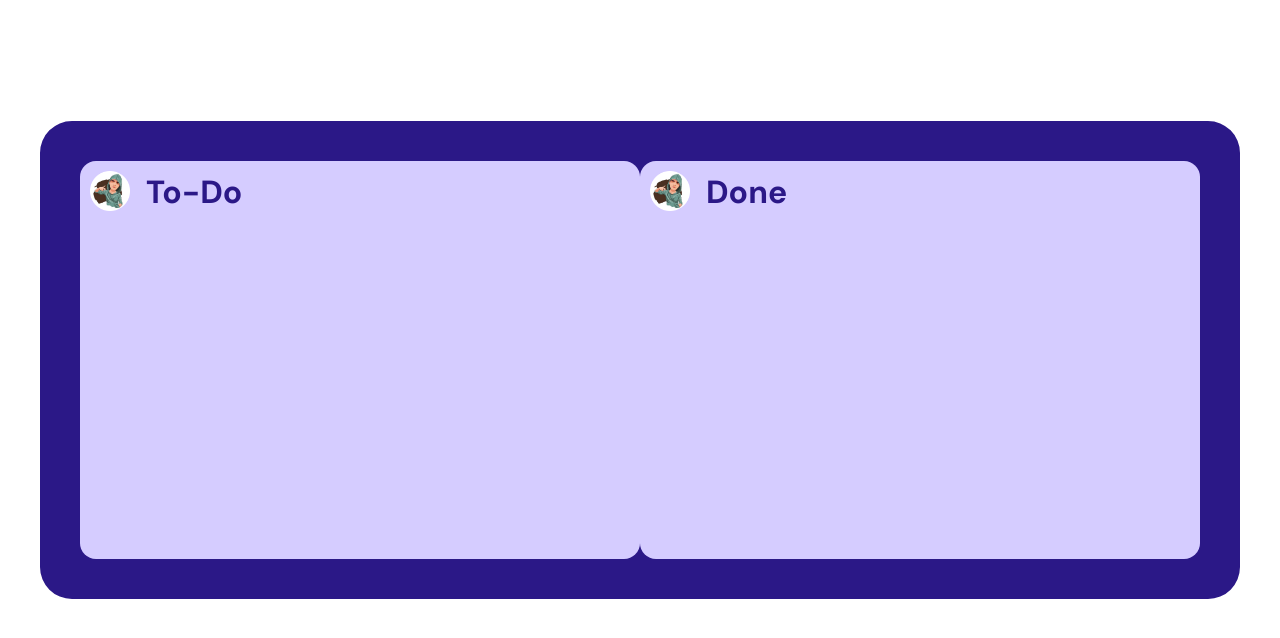
Repository: VitasYo/Kanban
Page: index.html
These files come from the project's save history. The page is drawn as it stood at one moment and after the next save; the edit follows.
The browser window is 1280 px wide. The pictures show the whole page.

Above is the page before, as saved 2024-04-14 23:23:39.

### index.html
<!DOCTYPE html>
<html lang="en">
<head>
  <meta charset="UTF-8">
  <meta name="viewport" content="width=device-width, initial-scale=1.0">
  <link rel="stylesheet" href="./src/assets/css/index.css">
  <title>To-Do-List-Kanban</title>
</head>
<body>
  <main class="kanban">
    <section class="kanban__column kanban__column--to-do">
      <div class="kanban__title_and_icon">
        <img height=40 width=40 src="src/assets/img/Avatar.jpg" alt="Аватар">
        <h2 class="kanban__title">To-Do</h2>
      </div>

    </section>

    <section class="kanban__column kanban__column--done">
      <div class="kanban__title_and_icon">
        <img height=40 width=40 src="src/assets/img/Avatar.jpg" alt="Аватар">
        <h2 class="kanban__title">Done</h2>
      </div>
    </section>
  </main>
  </body>
<script src="./src/assets/js/index.js"></script>
</html>

### src/assets/css/index.css
@import url('https://fonts.googleapis.com/css2?family=DM+Sans:opsz,wght@9..40,100;9..40,200;9..40,300;9..40,400;9..40,500;9..40,600;9..40,700;9..40,800;9..40,900;9..40,1000&display=swap');
@import './component/_kanban.css';
@import './_media.css';



* {
  font-family: 'DM Sans', sans-serif;
}

* {
  box-sizing: border-box;
  margin: 0;
  padding: 0;
}

body {
  font-family: 'Arial', sans-serif;
  background-color: white;
  color: white;
  display: flex;
  flex-direction: column;
  min-height: 100vh;
}


.header__title,
.footer__text {
  margin: 0;
  padding: 10px 0;
}

.container {
  width: 100%;
  padding-right: 15px;
  padding-left: 15px;
  margin-right: auto;
  margin-left: auto;
}

### src/assets/css/component/_kanban.css
.kanban {
    display: flex;
    flex-wrap: wrap;
    justify-content: space-around;
    flex-grow: 1;
    flex: 0 0 100%;
    border-radius: 32px;
    border: 40px solid #2B1887;
    background-color: #2B1887;
    display: grid;
    grid-template-columns: 1fr 1fr;
    margin: auto;
}

.kanban__column {
    height: 398px;
    width: 560px;
    background-color: #D5CCFF;
    border-radius: 16px;
    padding: 10px;
    margin-inline-start: ;
}

.kanban__title {
    color: #2B1887;
    font-size: 32px;
    margin-bottom: 24px;
    padding-left: 16px;
}

.kanban__title_and_icon {
    display: flex;
}

### src/assets/css/_media.css
@media (min-width: 576px) {
    .container {
        max-width: 540px;
    }
}

@media (min-width: 768px) {
    .container {
        max-width: 720px;
    }
}

@media (min-width: 992px) {
    .container {
        max-width: 960px;
    }
}

@media (min-width: 1200px) {
    .container {
        max-width: 1140px;
    }
}

@media (min-width: 1400px) {
    .container {
        max-width: 1320px;
    }
}

@media screen and (min-width: 640px) {
    .kanban__column {
        flex: 0 0 calc(33.333% - 20px);
    }
}

Loaded but not shown: src/assets/js/index.js (no stored copy; drawn as an empty file)

After the next save:
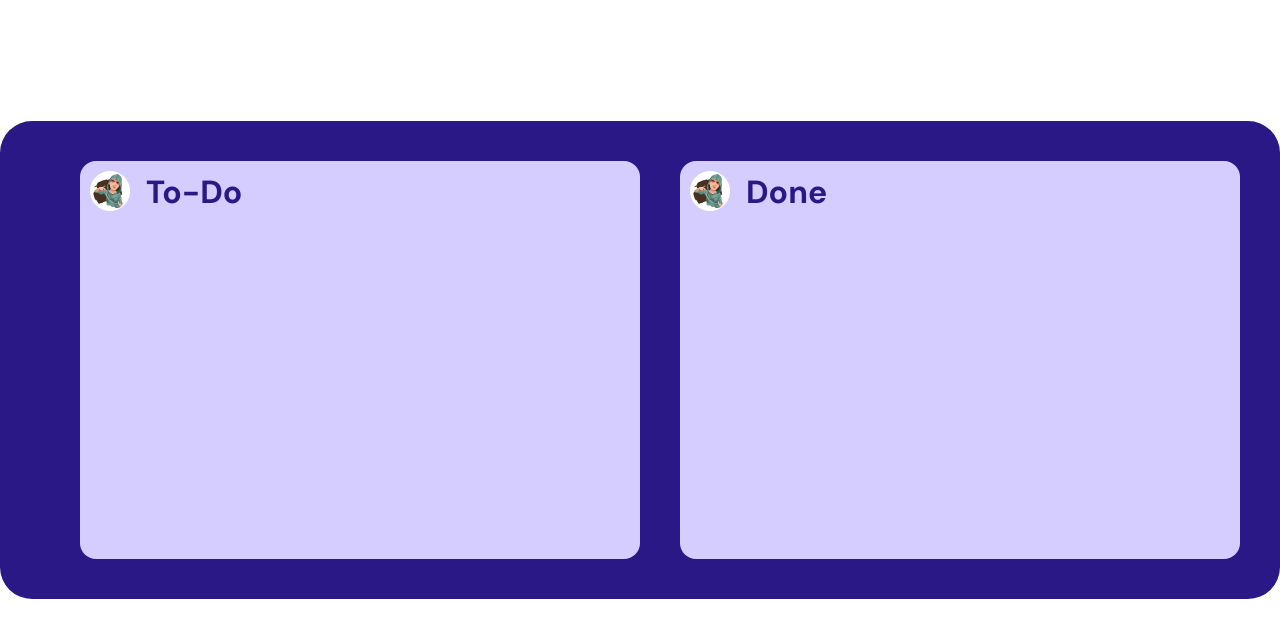
Saved 5 s later.
--- a/src/assets/css/component/_kanban.css
+++ b/src/assets/css/component/_kanban.css
@@ -18,7 +18,7 @@
     background-color: #D5CCFF;
     border-radius: 16px;
     padding: 10px;
-    margin-inline-start: ;
+    margin-inline-start: 40px;
 }
 
 .kanban__title {

After the save that followed:
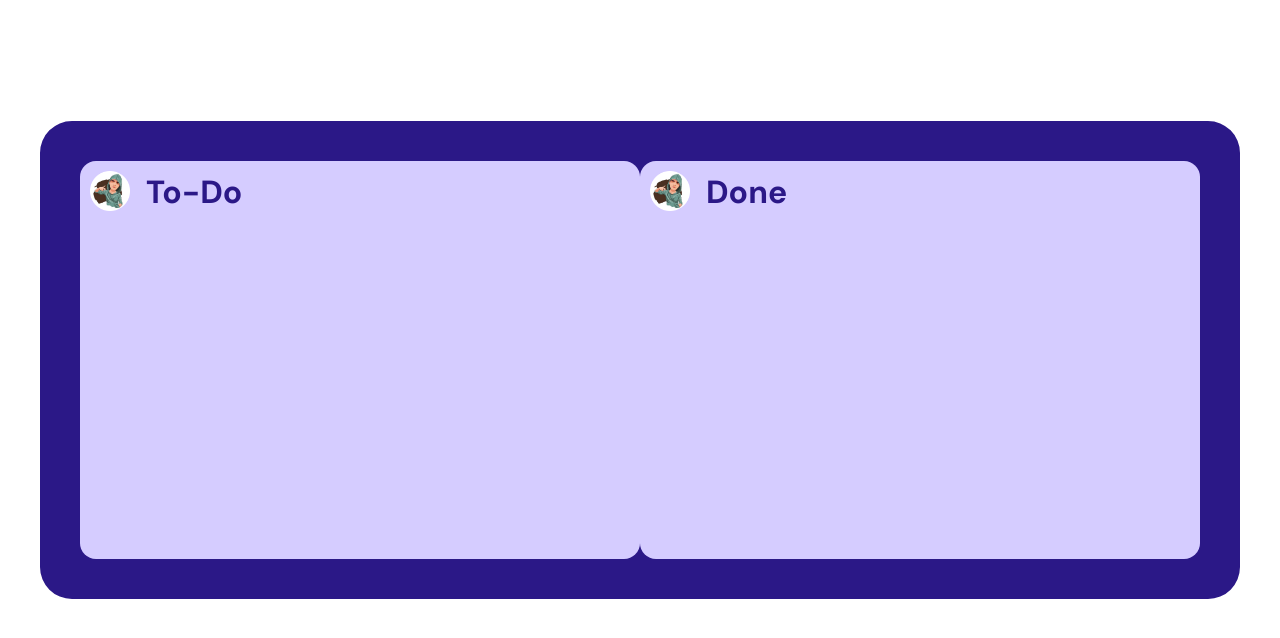
Saved 30 s later.
--- a/src/assets/css/component/_kanban.css
+++ b/src/assets/css/component/_kanban.css
@@ -18,7 +18,6 @@
     background-color: #D5CCFF;
     border-radius: 16px;
     padding: 10px;
-    margin-inline-start: 40px;
 }
 
 .kanban__title {
